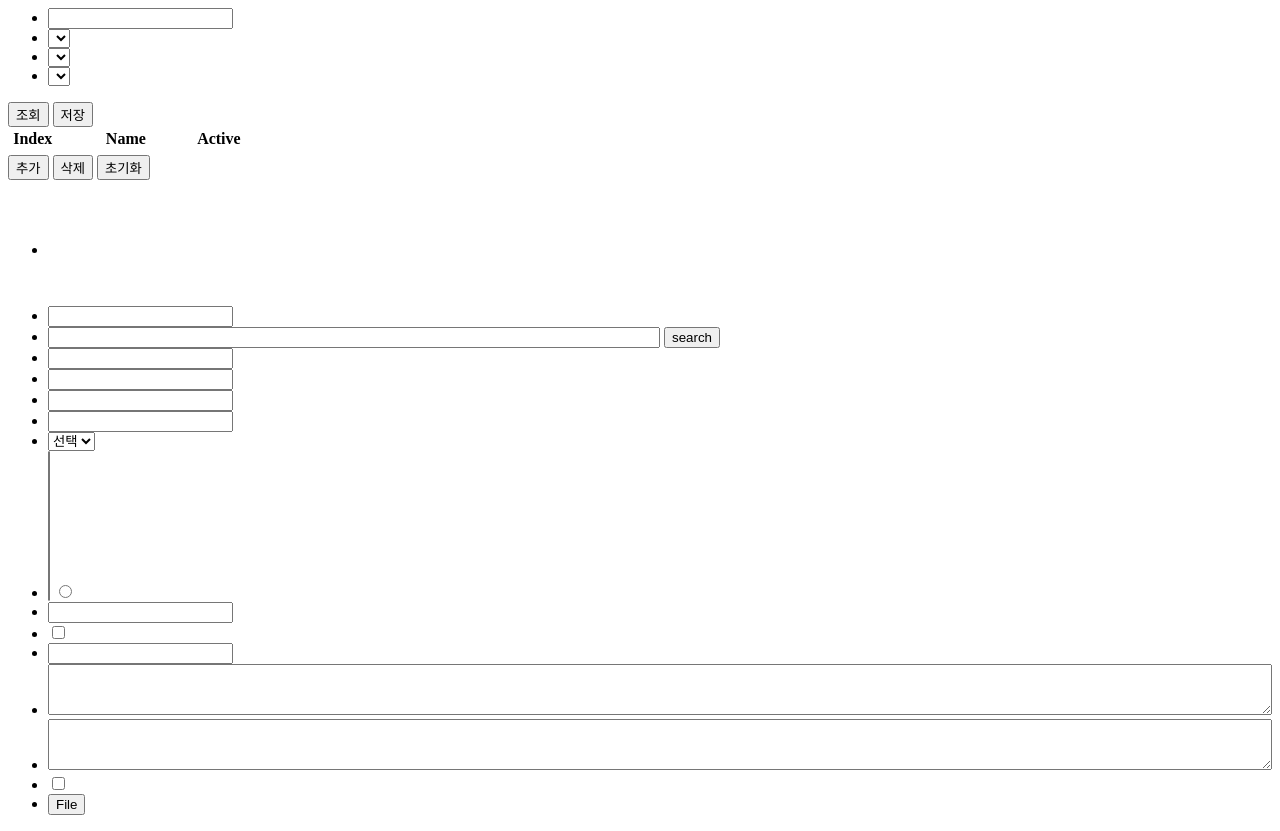
Repository: bbalganjjm/natural_js_boot
Page: src/main/resources/static/html/com/app/sample/type0401.html
An editor plug-in stored every save of this project. The page is shown before and after the next save, followed by the edit.
The browser window is 1280 px wide. The pictures show the whole page.

Above is the page before, as saved 2021-03-17 18:24:47.
Console error: ReferenceError: N is not defined

After the next save:
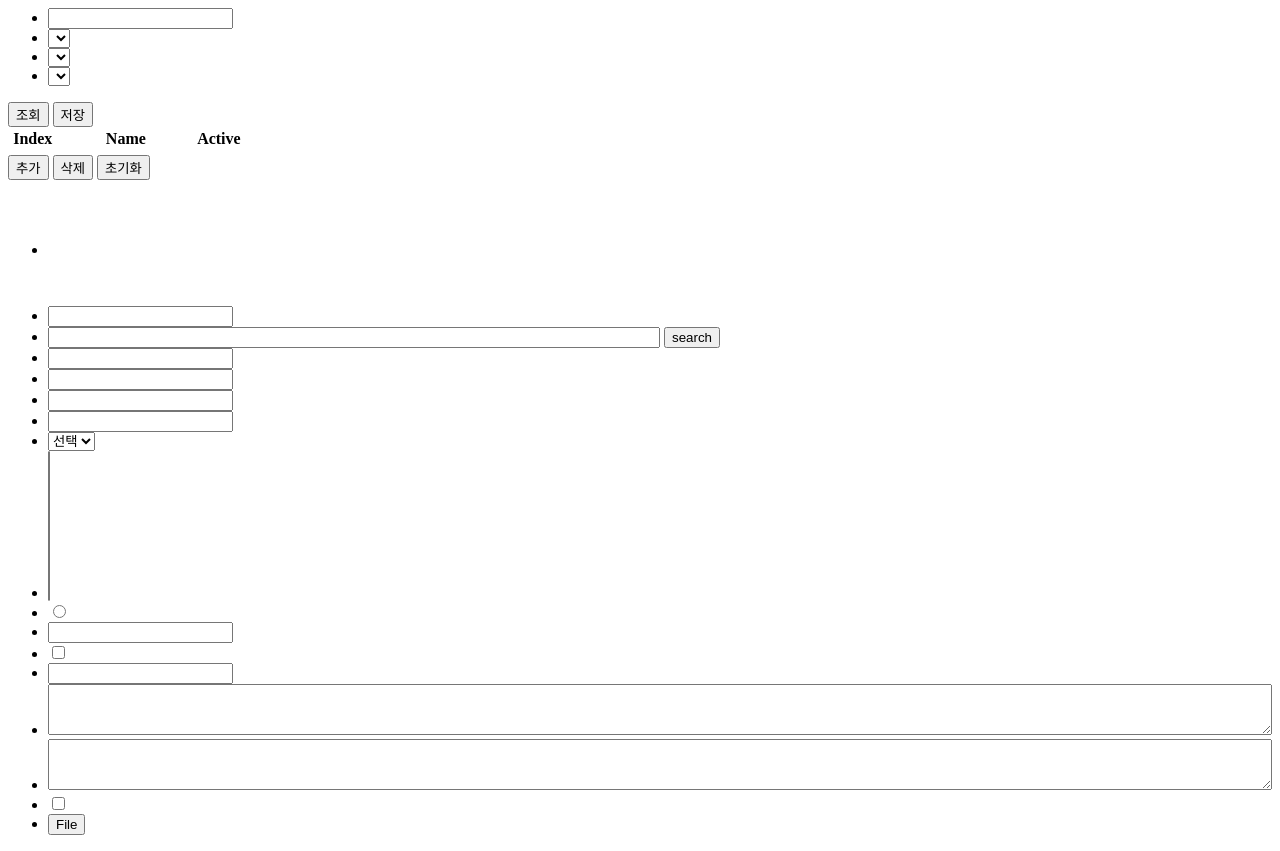
Saved 4 min 7 s later.
--- a/src/main/resources/static/html/com/app/sample/type0401.html
+++ b/src/main/resources/static/html/com/app/sample/type0401.html
@@ -52,7 +52,7 @@
                     </span>
                 </li>
                 <li>
-                    <span><input id="name" type="text" data-validate='[["required"]]'></span>
+                    <span><input id="name" type="text" data-validate='[["required"]]' class="mdc-text-field" data-type="filled" data-label="Name"></span>
                 </li>
                 <li>
                     <span>
@@ -61,32 +61,34 @@
                     </span>
                 </li>
                 <li>
-                    <span><input id="email" type="text" data-validate='[["required"], ["email"]]'></span>
-                </li>
-                <li>
-                    <span><input id="key" type="text" data-format='[["generic", "@@＊＊＊＊＊＊"]]' data-validate='[["required"]]'></span>
-                </li>
-                <li>
-                    <span><input id="balance" type="text" data-format='[["numeric", "$#,###.##0"]]' data-validate='[["required"], ["number"]]'></span>
-                </li>
-                <li>
-                    <span><input id="phone" type="text" data-validate='[["required"]]'></span>
+                    <span><input id="email" type="text" data-validate='[["required"], ["email"]]' class="mdc-text-field" data-type="filled" data-label="Email"></span>
+                </li>
+                <li>
+                    <span><input id="key" type="text" data-format='[["generic", "@@＊＊＊＊＊＊"]]' data-validate='[["required"]]' class="mdc-text-field" data-type="filled" data-label="Key"></span>
+                </li>
+                <li>
+                    <span><input id="balance" type="text" data-format='[["numeric", "$#,###.##0"]]' data-validate='[["required"], ["number"]]' class="mdc-text-field" data-type="filled" data-label="Balance"></span>
+                </li>
+                <li>
+                    <span><input id="phone" type="text" data-validate='[["required"]]' class="mdc-text-field" data-type="filled" data-label="Phone"></span>
                 </li>
                 <li>
                     <span><select id="eyeColor" data-validate='[["required"]]' class="mdc-njs-select" data-label="Eye Color"><option>선택</option></select></span>
                 </li>
                 <li>
                     <span rowspan="4"><select id="company" multiple="multiple" data-validate='[["required"]]' style="height: 150px;"></select></span>
+                </li>
+                <li>
                     <span><input id="gender" type="radio"></span>
                 </li>
                 <li>
-                    <span><input id="age" type="text" data-validate='[["required"], ["integer"]]'></span>
+                    <span><input id="age" type="text" data-validate='[["required"], ["integer"]]' class="mdc-text-field" data-type="filled" data-label="Name"></span>
                 </li>
                 <li>
                     <span><input id="favoriteFruit" type="checkbox" data-validate='[["required"]]'></span>
                 </li>
                 <li>
-                    <span><input id="registered" type="text" data-format='[["date", 8, "date"]]' data-validate='[["required"]]'></span>
+                    <span><input id="registered" type="text" data-format='[["date", 8, "date"]]' data-validate='[["required"]]' class="mdc-text-field" data-type="filled" data-label="Name"></span>
                 </li>
                 <li>
                     <span colspan="3"><textarea id="about" style="width: 100%;" rows="3" data-validate='[["required"]]' class="mdc-text-field" title="About"></textarea></span>
